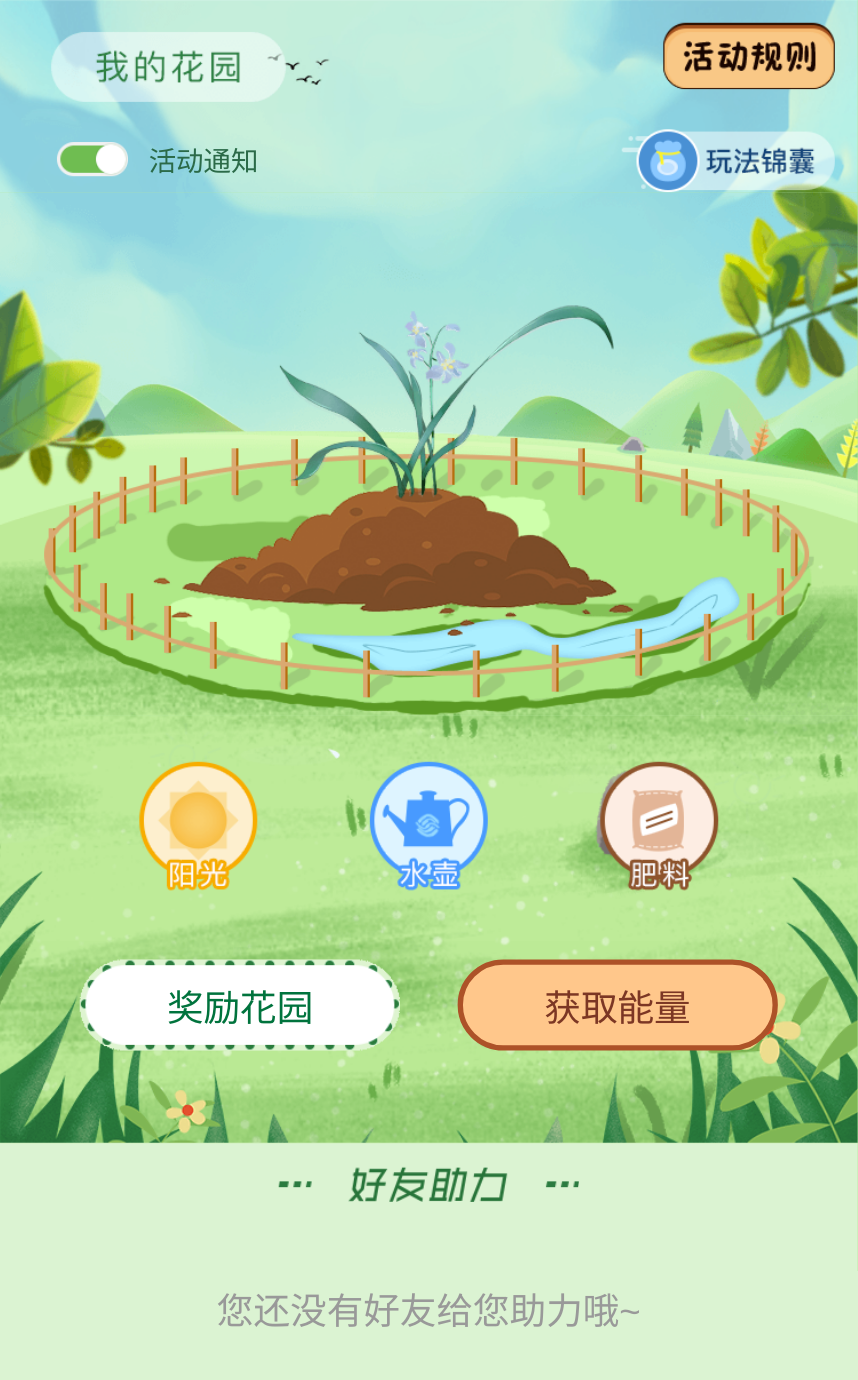
Repository: wangbiaozy/zh
Page: index.html
The author's editor kept a copy of each file at every save. The page is drawn from the files as they stood at one save, then again after a run of saves.
The browser window is 1280 px wide. The pictures show the whole page, at 67% of full size.

Above is the page before, as saved 2019-03-18 20:07:16.
Console error: TypeError: Cannot read properties of undefined (reading 'style')

### index.html
<!DOCTYPE html>
<html lang="en">

<head>
    <meta charset="UTF-8">
    <meta name="viewport" content="width=device-width, initial-scale=1.0, maximum-scale=1.0, minimum-scale=1.0, user-scalable=no, viewport-fit=cover">
    <meta http-equiv="X-UA-Compatible" content="ie=edge">
    <title>北京移动</title>
    <link rel="stylesheet" href="css/reset.min.css">
    <link rel="stylesheet/less" href="css/styles.less">
    <link rel="stylesheet" href="css/animation.css">
    <script src="js/less-1.7.0.min.js"></script>
    <script src="js/jquery-1.10.1.min.js"></script>
    <script src="js/imgLoader.js"></script>
    <script>
        imgLoader([
            'images/banner.png',
            'images/bdsjh.png',
            'images/bg_01.png',
            'images/bg_02.png',
            'images/btn_cj.png',
            'images/btn_cjhd.png',
            'images/btn_dhff.png',
            'images/btn_dl.png',
            'images/btn_fshy.png',
            'images/btn_lj.png',
            'images/btn_qd.png',
            'images/btn_qdl.png',
            'images/btn_qr.png',
            'images/btn_qx.png',
            'images/btn_xg.png',
            'images/btn_zz.png',
            'images/c1.png',
            'images/c2.png',
            'images/c3.png',
            'images/c4.png',
            'images/c5.png',
            'images/card_1.png',
            'images/card_2.png',
            'images/card_3.png',
            'images/card_4.png',
            'images/card_5.png',
            'images/card.png',
            'images/close.png',
            'images/default.jpg',
            'images/erweima.png',
            'images/fire.gif',
            'images/fri_bg_01.png',
            'images/fri_bg_02.png',
            'images/fri_bg_03.png',
            'images/gongxi.png',
            'images/guang1.png',
            'images/guang2.png',
            'images/hdgz.png',
            'images/home_bg_01.png',
            'images/home_bg_02.png',
            'images/home_bg_03.png',
            'images/hyzl.png',
            'images/longjiao.png',
            'images/longshen.png',
            'images/longtou.png',
            'images/longwei.png',
            'images/longzhu.png',
            'images/longzhua.png',
            'images/rule_btn.png',
            'images/share.png',
            'images/sjhm.png',
            'images/start_btn.png',
            'images/submit.png',
            'images/tc_1_text.png',
            'images/tc_bg.png',
            'images/tc_card.png',
            'images/tc_title_1.png',
            'images/tc_title_2.png',
            'images/tc_title_3.png',
            'images/xxqr.png',
            'images/yun_1.png',
            'images/yun_2.png',
            'images/yun_3.png',
            'images/yun.png',
            'images/yzm.png'
        ], function (percentage) {
            var percentT = percentage * 100;
            $('.loader_info').html('Loading ' + (parseInt(percentT)) + '%');
            $('.loader_progress')[0].style.width = percentT + '%';
            if (percentage == 1) {
                /* $('.loader').remove();
                $('.home').show(); */
            }
        });
    </script>
</head>
<body>
    <!--loading-->
    <!-- <section class="loader">
        <div class="loader_info"></div>
        <div>
            <div class="loader_progress"></div>
        </div>
    </section> -->
    <!-- 首页 -->
    <section id="home" class="home">
        <div>
            <a href="javascript: void(0)" class="rule-btn"></a>
        </div>
        <div>
            <div></div>
        </div>
        <div>
            <a href="javascript: void(0)" id="start-btn"></a>
            <div>
                <p id="countDown"><i>倒计时：</i><span>7</span>天<span>00</span>时<span>00</span>分<span>00</span>秒</p>
            </div>
            <p>4月8日-4月14日&nbsp;&nbsp;&nbsp;&nbsp;活动将于4月14日结束，务必到期前领取</p>
        </div>
    </section>
    <!-- 活动规则页 -->
    <section id="rule" class="rule">
        <div>
            <div></div>
            <div>
                <ul>
                    <li>
                        <h3>一 活动时间：</h3>
                        <p>即日起——4月14日</p>
                        <h3>二 活动介绍：</h3>
                        <p>活动期间，用户通过北京移动微信公众号，可参与“天天种花得流量”活动。用户每天可获得一颗种子，通过添加物料（水、阳光、肥料），完成种植，收获花朵并获得对应流量奖品。</p>
                        <p>获取物料方法：</p>
                        <p>1、用户首次参与活动可领取水、阳光、肥料各1份。</p>
                        <p>2、分享活动给好友，邀请其助力赠送，可获得更多物料。（好友助力次数不限，但为同一用户仅可助力一次。）</p>
                        <h3>三 奖品规则：</h3>
                        <p>活动奖品包含：100MB、200MB、500MB、1GB、2GB、3GB全国流量，及部分免费业务体验资格、优惠业务办理资格。</p>
                        <p>（一）流量奖品</p>
                        <p>1.流量档位包括100MB、200MB、500MB、1GB、2GB、3GB全国流量；</p>
                        <p>2.奖品将于领取后15日内，自动充入用户的微信关注绑定手机号，流量自充入日起生效，有效期至本月月末；</p>
                        <p>3.活动赠送套外国内流量，优先级低于主套餐、可选包、短促包、定向流量包等，赠送流量无法共享，不可结转；</p>
                        <p>4.处于保留期、保号期、挂失、申停、欠停、转品牌过渡期的手机号；物联网卡、4G超级日租卡套餐、神州行开心听、语音套餐卡、神州行B标准资费基本策划等特殊资费用户无法领取赠送流量；</p>
                        <p>5.赠送流量每月仅可领取100次，超出上限不可领取；</p>
                        <p>6.北京移动用户抽中流量奖品后，自动充入关注绑定账户。非北京移动用户抽中流量奖品后可以转赠给北京移动手机号码。</p>
                        <p>（二）其它奖品</p>
                        <p>规则详见各奖品办理页面</p>
                        <p>温馨提示：</p>
                        <p>1、活动将于4月14日结束，请您务必于活动结束前完成领奖，逾期视为自动放弃奖品。</p>
                        <p>2、活动页面内可手动关闭活动提醒。如不关闭，默认每天发放服务通知，提醒用户活动状态已更新。</p>
                    </li>
                </ul>
                <a href="javascript:void(0)">确定</a>
            </div>
        </div>
        <div></div>
    </section>
    <!-- 主页 -->
    <section id="main" class="main">
        <div>
            <a href="javascript:void(0)" class="rule-btn"></a>
            <a href="javascript:void(0)" class="method-btn"></a>
            <div>
                <a href="javascript:void(0)"></a>
                <p>活动通知</p>
            </div>
        </div>
        <div>
            <div>
                <div class="cs-2"></div>
                <ul>
                    <li></li>
                </ul>
            </div>
        </div>
        <div>
            <ul>
                <li>
                    <span>3</span>
                </li>
                <li>
                    <span>3</span>
                </li>
                <li>
                    <span>3</span>
                </li>
            </ul>
            <ul>
                <li>奖励花园</li>
                <li>获取能量</li>
            </ul>
        </div>
        <div>
            <h3></h3>
            <ul>
                <p>您还没有好友给您助力哦~</p>
                <!-- <li>
                    <div>
                        <img src="./images/fri_default.png" alt="">
                    </div>
                    <p>胖子胖子胖子胖子</p>
                    <p>帮忙增加了<span>肥料</span></p>
                    <p>3月1日</p>
                </li> -->
            </ul>
        </div>
    </section>
    <!-- 玩法锦囊页 -->
    <section id="method" class="method">
        <div></div>
        <div></div>
        <div></div>
        <div></div>
        <div></div>
        <a href="javascript: void(0)">确定</a>
    </section>
    <!-- 我的奖励花园页 -->
    <section id="gift" class="gift">
        <div>
            <div>
                <div></div>
                <ul>
                    <li>
                        <img src="./images/flower_0.png" alt="">
                        <a href="javascript: void(0)"></a>
                    </li>
                    <li>
                        <img src="./images/flower_0.png" alt="">
                        <a href="javascript: void(0)"></a>
                    </li>
                    <li>
                        <img src="./images/flower_0.png" alt="">
                        <a href="javascript: void(0)"></a>
                    </li>
                    <li>
                        <img src="./images/flower_0.png" alt="">
                        <a href="javascript: void(0)"></a>
                    </li>
                    <li>
                        <img src="./images/flower_0.png" alt="">
                        <a href="javascript: void(0)"></a>
                    </li>
                    <li>
                        <img src="./images/flower_0.png" alt="">
                        <a href="javascript: void(0)"></a>
                    </li>
                    <li>
                        <img src="./images/flower_0.png" alt="">
                        <a href="javascript: void(0)"></a>
                    </li>
                </ul>
                <div></div>
                <a href="javascript: void(0)">返回</a>
            </div>
        </div>
        <div></div>
    </section>
    <!-- 二维码页 -->
    <section id="code" class="code">
        <div>
            <div>
                <div>
                    <p>亲爱的用户<br>天天种花得流量活动邀你参加<br>天天有惊喜哦~</p>
                </div>
                <div>
                    <div>
                        <img src="./images/erweima.jpg" alt="">
                    </div>
                </div>
            </div>
        </div>
        <div></div>
    </section>
    <!-- 添加物料弹窗 -->
    <section class="model addModel message-model">
        <div>
            <p>您已成功为种子<br><span>添加了阳光</span><br>种子已进入<span>成熟</span>期<br>快来看看吧</p>
        </div>
        <a href="javascript: void(0)">确定</a>
    </section>
    <!-- 发送好友弹窗 -->
    <section class="model to-friend message-model">
        <div>
            <p>您需要积攒能量<br>才能种出神秘花朵<br>还有抽大奖的机会哦<br>快请好友帮忙吧</p>
        </div>
        <a href="javascript:void(0)">发送好友</a>
    </section>
    <!-- 开始 种子弹窗 -->
    <section class="model tc-0">
        <div>
            <p>恭喜您已经播种了<br>一颗神秘种子<br>快去养育TA～</p>
            <div></div>
            <p>看看可以收获什么花吧！！</p>
            <p>送您阳光、水壶、肥料各一份</p>
        </div>
        <a href="javascript:void(0)">确定</a>
    </section>
    <!-- 本网获得流量弹窗 -->
    <section class="model tc-1">
        <div>
            <p>恭喜您的手机号</p>
            <p>15910943650</p>
            <p>收货了<span>雏菊</span>（价值<span>500MB</span>）</p>
            <img src="./images/flower_tc_1.png" alt="">
            <p>流量将于7日内到账</p>
            <p>有效期至本月月末</p>
            <a href=""></a>
        </div>
        <a href="javascript:void(0)">确定</a>
    </section>
    <!-- 异网流量弹窗 1-->
    <section class="model tc-2">
        <div>
            <p>恭喜您的手机号</p>
            <p>13612341234</p>
            <p>收获了<span>雏菊</span>（价值<span>500MB</span>）</p>
            <img src="./images/flower_tc_1.png" alt="">
            <p>您可以转赠到北京移动号码内</p>
            <p>（流量仅可在活动期间内进行转赠）</p>
        </div>
        <div>
            <a href="javascript:void(0)">取消</a>
            <a href="javascript:void(0)">转赠</a>
        </div>
    </section>
    <!-- 异网流量弹窗 2 -->
    <section class="model tc-3">
        <div>
            <p>请输入好友北京移动手机号码</p>
            <div>
                <p>手机号码</p>
                <input id="inputTel" type="number" pattern="[0-9]*" oninput="if(value.length>11)value=value.slice(0,11)">
            </div>
            <p>（流量仅可在活动期间进行转赠）</p>
        </div>
        <a href="javascript:void(0)">确定</a>
    </section>
     <!-- 异网流量弹窗 3 -->
    <section class="model tc-4">
        <div>
            <p>信息确认</p>
            <p>您是否将</p>
            <p><span>500MB</span>全国流量</p>
            <p>转赠到手机号码</p>
            <p>13612341234</p>
            <p>账户中</p>
            <p>点击确认后信息将不可更改</p>
        </div>
        <div>
            <a href="javascript:void(0)">修改</a>
            <a href="javascript:void(0)">确认</a>
        </div>
    </section>
    <!-- 异网流量弹窗 4 -->
    <section class="model tc-5">
        <div>
            <p>您已将</p>
            <p><span>500MB</span>全国流量</p>
            <p>转赠到手机号码</p>
            <p>15910011111</p>
            <p>账户中</p>
            <p>流量将于15日内到账</p>
            <p>有效期至本月月末</p>
            <p>（流量到账后，立即生效）</p>
            <a href=""></a>
        </div>
        <a href="javascript:void(0)">确定</a>
    </section>
    <!-- 分享浮层 -->
    <section class="share">
        <div>
            <span></span>
        </div>
    </section>
    <!-- 遮罩层 -->
    <section class="mask" id="mask"></section>
</body>
</html>
<script src="js/index.js"></script>

### css/reset.min.css
@charset "utf-8";
/*默认样式清除和初始化*/
body,h1,h2,h3,h4,h5,h6,hr,p,blockquote,dl,dt,dd,ul,ol,li,button,input,textarea,th,td{margin:0;padding:0}body{font-size:12px;font-style:normal;font-family:"\5FAE\8F6F\96C5\9ED1",Helvetica,sans-serif}small{font-size:12px}h1{font-size:18px}h2{font-size:16px}h3{font-size:14px}h4,h5,h6{font-size:100%}ul,ol{list-style:none}a{text-decoration:none;background-color:transparent}a:hover,a:active{outline-width:0;text-decoration:none}table{border-collapse:collapse;border-spacing:0}hr{border:0;height:1px}img{border-style:none}img:not([src]){display:none}svg:not(:root){overflow:hidden}html{-webkit-touch-callout:none;-webkit-text-size-adjust:100%}input,textarea,button,a{-webkit-tap-highlight-color:rgba(0,0,0,0)}article,aside,details,figcaption,figure,footer,header,main,menu,nav,section,summary{display:block}audio,canvas,progress,video{display:inline-block}audio:not([controls]),video:not([controls]){display:none;height:0}progress{vertical-align:baseline}mark{background-color:#ff0;color:#000}sub,sup{position:relative;font-size:75%;line-height:0;vertical-align:baseline}sub{bottom:-0.25em}sup{top:-0.5em}button,input,select,textarea{font-size:100%;outline:0}button,input{overflow:visible}button,select{text-transform:none}textarea{overflow:auto}button,html [type="button"],[type="reset"],[type="submit"]{-webkit-appearance:button}button::-moz-focus-inner,[type="button"]::-moz-focus-inner,[type="reset"]::-moz-focus-inner,[type="submit"]::-moz-focus-inner{border-style:none;padding:0}button:-moz-focusring,[type="button"]:-moz-focusring,[type="reset"]:-moz-focusring,[type="submit"]:-moz-focusring{outline:1px dotted ButtonText}[type="checkbox"],[type="radio"]{box-sizing:border-box;padding:0}[type="number"]::-webkit-inner-spin-button,[type="number"]::-webkit-outer-spin-button{height:auto}[type="search"]{-webkit-appearance:textfield;outline-offset:-2px}[type="search"]::-webkit-search-cancel-button,[type="search"]::-webkit-search-decoration{-webkit-appearance:none}::-webkit-input-placeholder{color:inherit;opacity:.54}::-webkit-file-upload-button{-webkit-appearance:button;font:inherit}.clear:after{display:block;height:0;content:"";clear:both}
*{ -webkit-tap-highlight-color: rgba(0,0,0,0);-webkit-tap-highlight-color: transparent; /* For some Androids */ }

Loaded but not shown: js/less-1.7.0.min.js (library); js/jquery-1.10.1.min.js (library); js/index.js (497 lines, source omitted); js/imgLoader.js (49 lines, source omitted); css/animation.css (2744 lines, source omitted)

After the next 2 saves:
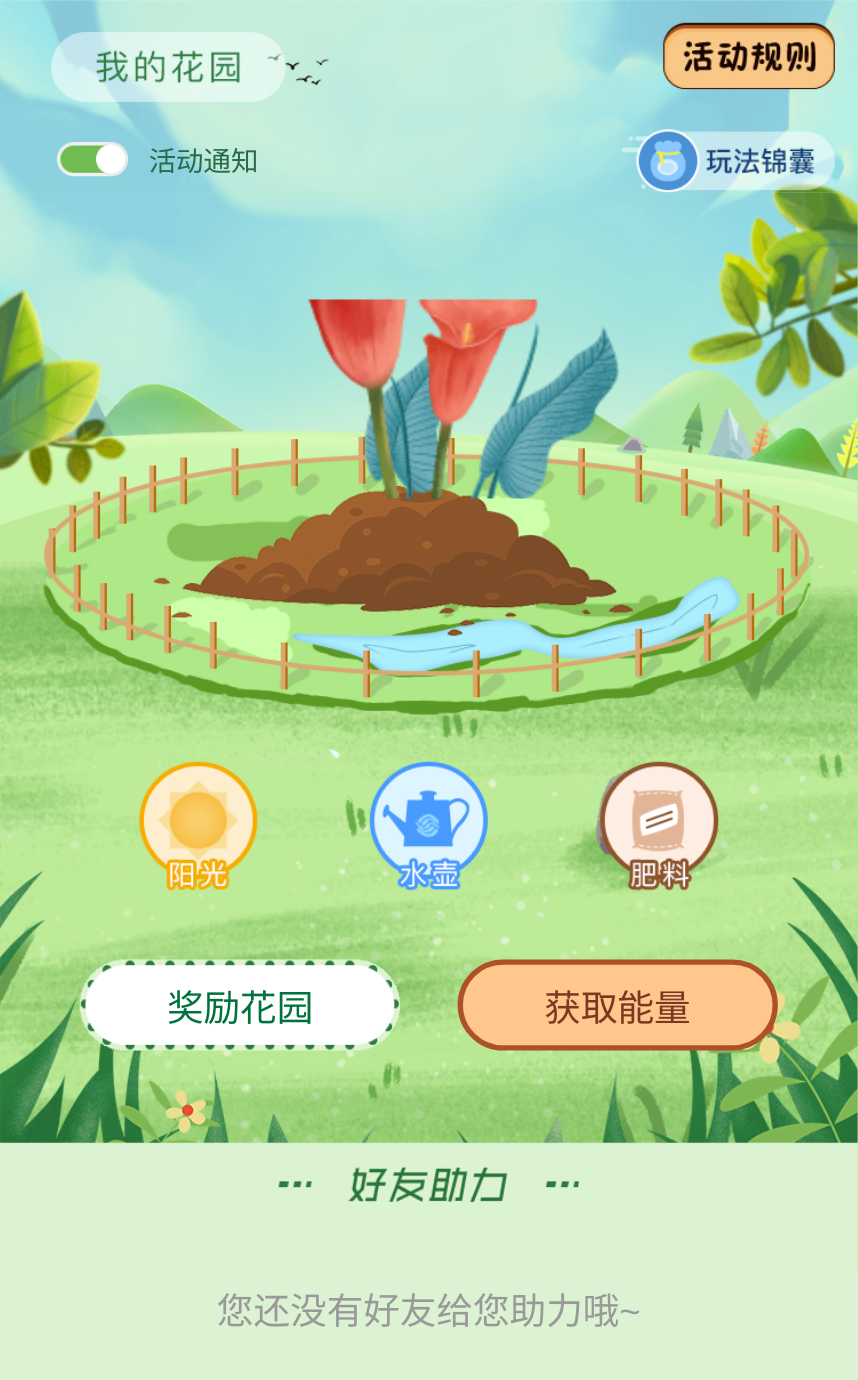
The 2 saves are shown as one change because they came seconds apart.
The last was saved 6 s later.
--- a/index.html
+++ b/index.html
@@ -161,7 +161,7 @@
         </div>
         <div>
             <div>
-                <div class="cs-2"></div>
+                <div class="cs-4"></div>
                 <ul>
                     <li></li>
                 </ul>
